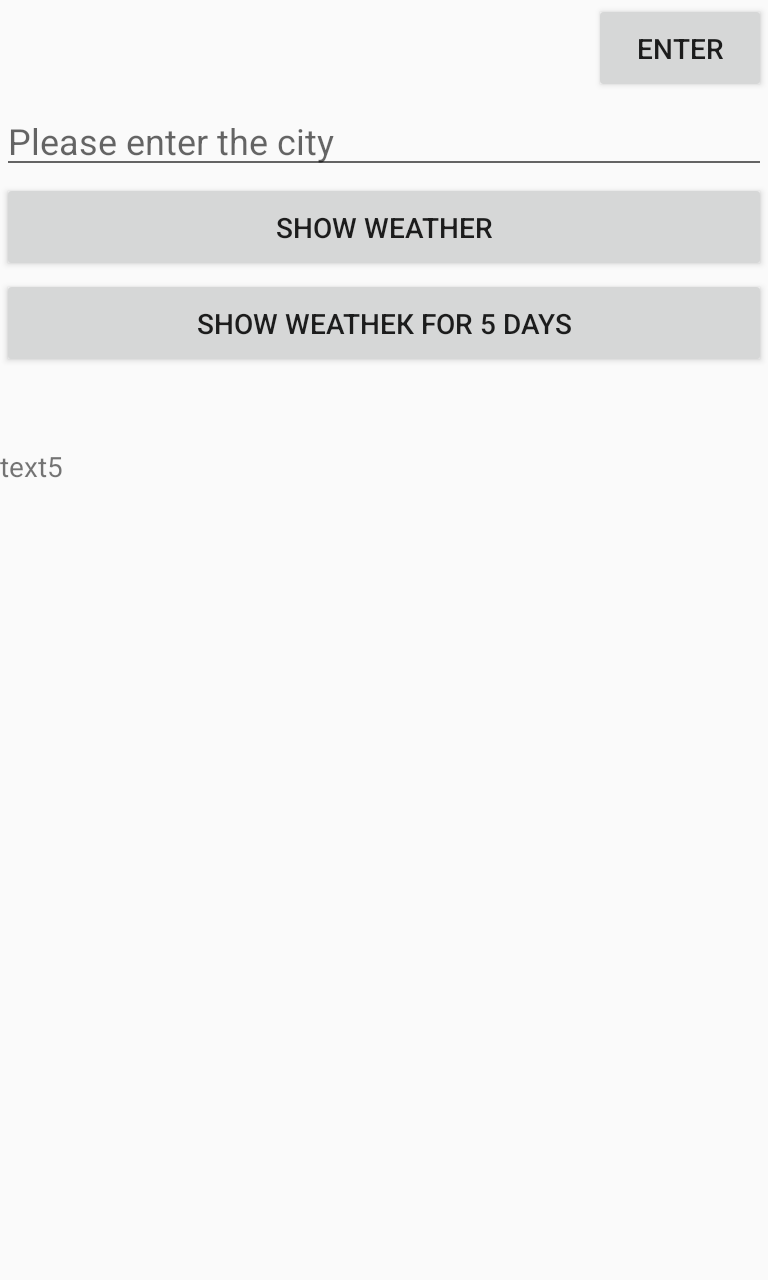
Repository: alexWr/weather-app
Layout: OpenWeatherT/res/layout/main.xml
These files come from the project's save history. The layout is drawn as it stood at one moment and after the next save; the edit follows.
It is drawn on a 768 x 1280 px phone screen (xhdpi) without system bars, with theme AppTheme; the app's code is not run.

Above is the layout before, as saved 2014-10-16 10:45:04.

### OpenWeatherT/res/layout/main.xml
<?xml version="1.0" encoding="utf-8"?>
<LinearLayout xmlns:android="http://schemas.android.com/apk/res/android"
    android:layout_width="fill_parent"
    android:layout_height="fill_parent"
    android:orientation="vertical"     >
    <Button
		android:layout_width="wrap_content"
		android:layout_height="wrap_content"
		android:layout_gravity="right"
		android:text="Enter"
		android:id="@+id/btnEnter"/>
    <EditText
		android:layout_width="match_parent"
	    android:layout_height="wrap_content"
	    android:layout_gravity="center"
	    android:hint="Please enter the city"
		android:id="@+id/etCity"
		/>
    <Button
		android:layout_width="match_parent"
		android:layout_height="wrap_content"
		android:layout_gravity="center"
		android:text="Show weather"
		android:id="@+id/btnSend"/>
    <Button
		android:layout_width="match_parent"
		android:layout_height="wrap_content"
		android:layout_gravity="center"
		android:text="Show weatheк for 5 days"
		android:id="@+id/btnSend2"/>
	<TextView
        android:layout_width="wrap_content"
        android:layout_height="wrap_content"
        android:layout_gravity="center"
        android:id="@+id/tvTemp"/>
	<TextView
        android:layout_width="wrap_content"
        android:layout_height="wrap_content"
        android:layout_gravity="center"
        android:id="@+id/tvWeather"/>
	<TableLayout
		android:layout_height="wrap_content"
		android:layout_width="match_parent"
		android:id="@+id/tableLayout1">
		<TableRow
		    android:id="@+id/tableRow2"
			android:layout_width="wrap_content"
			android:layout_height="wrap_content">
			<TextView
        		android:layout_width="wrap_content"
        		android:layout_height="wrap_content"
        		android:id="@+id/tvDay1"/>
			<TextView
        		android:layout_width="wrap_content"
        		android:layout_height="wrap_content"
        		android:id="@+id/tvDay2"/>
			<TextView
        		android:layout_width="wrap_content"
        		android:layout_height="wrap_content"
        		android:id="@+id/tvDay3"/>
			<TextView
        		android:layout_width="wrap_content"
        		android:layout_height="wrap_content"
        		android:id="@+id/tvDay4"/>
			<TextView
        		android:layout_width="wrap_content"
        		android:layout_height="wrap_content"
        		android:text="text5"
        		android:id="@+id/tvDay5"/>
		</TableRow>
	</TableLayout>
</LinearLayout>

Loaded but not shown: OpenWeatherT/res/values/styles.xml (common file); OpenWeatherT/res/values-v11/styles.xml (common file); OpenWeatherT/res/values-v14/styles.xml (common file)

After the next save:
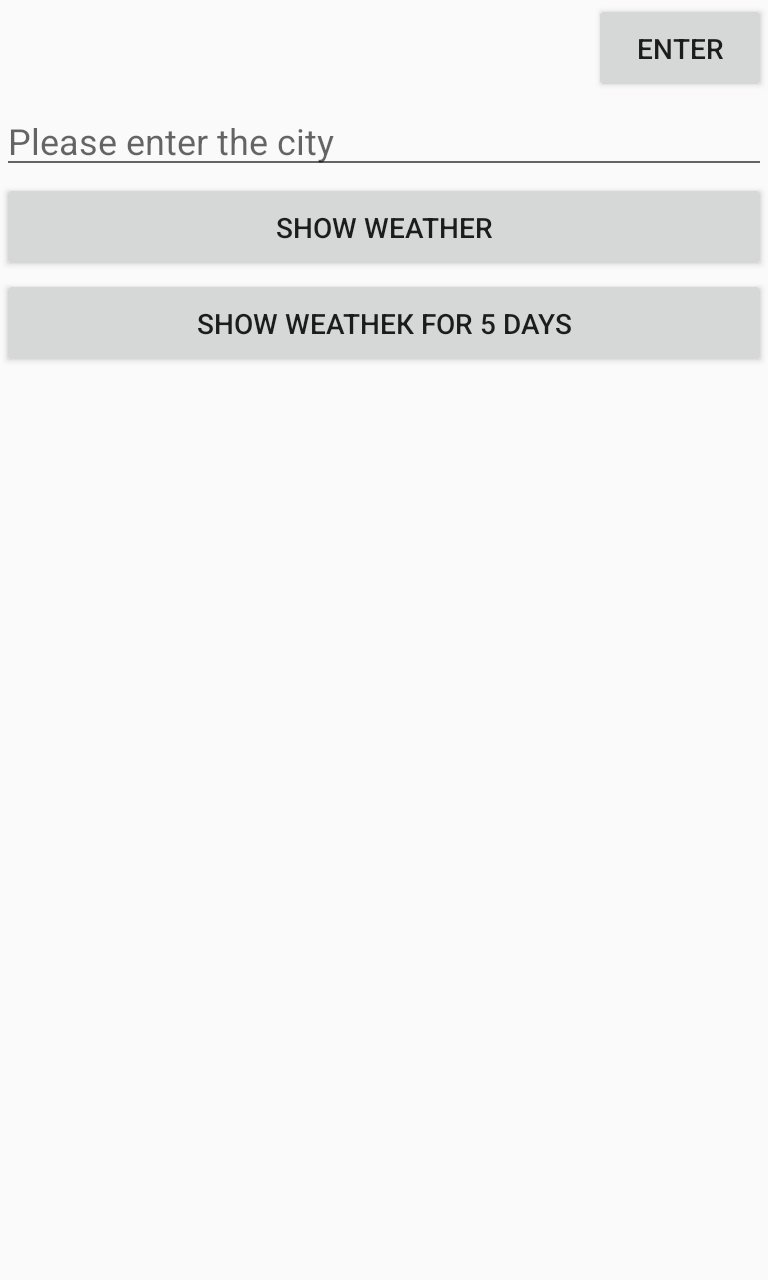
Saved 9 s later.
--- a/OpenWeatherT/res/layout/main.xml
+++ b/OpenWeatherT/res/layout/main.xml
@@ -65,7 +65,6 @@
 			<TextView
         		android:layout_width="wrap_content"
         		android:layout_height="wrap_content"
-        		android:text="text5"
         		android:id="@+id/tvDay5"/>
 		</TableRow>
 	</TableLayout>
